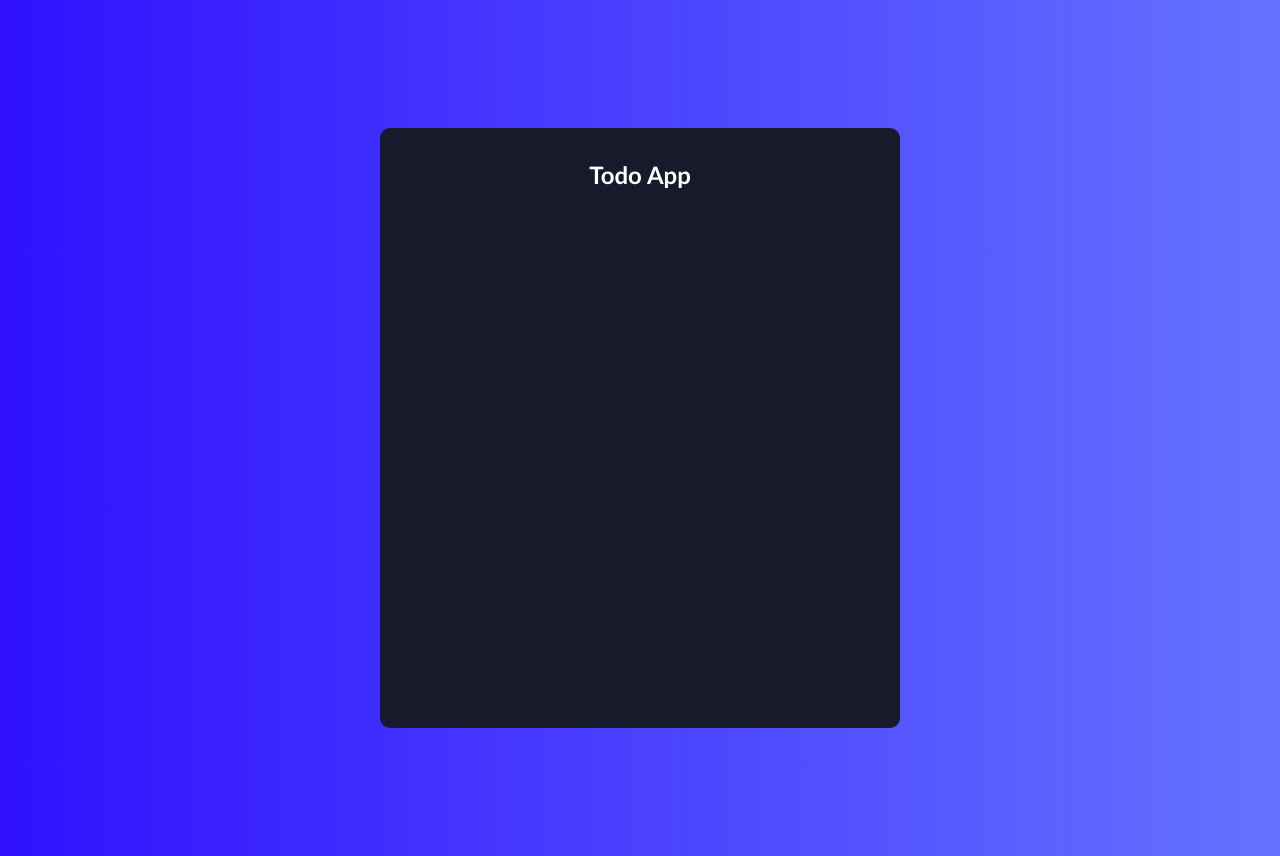
Repository: qqharry21/react-todo-app-v1
Page: /
These files come from the project's save history. The page is drawn as it stood at one moment and after the next save; the edit follows.
The browser window is 1280 px wide. The pictures show the whole page.
The project was rebuilt for these pictures with package versions that can differ from the ones it lists, and the page was loaded fresh each time. Also part of the build but not shown: src/components/TodoForm.js, src/components/Todo.js, src/components/TodoList.js.

Above is the page before, as saved 2021-12-25 17:11:16.

### src/index.js
/** @format */

import React from 'react';
import ReactDOM from 'react-dom';

import App from './App';

ReactDOM.render(
  <React.StrictMode>
    <App />
  </React.StrictMode>,
  document.getElementById('root')
);

### src/App.js
/** @format */

import './App.css';
import TodoList from './components/TodoList';

function App() {
  return (
    <div className='todo-app'>
      <h1>Todo App</h1>
      {/* <TodoList /> */}
    </div>
  );
}

export default App;

### src/App.css
/** @format */

* {
  box-sizing: border-box;
  margin: 0;
  padding: 0;
  font-family: 'Trebuchet MS', 'Lucida Sans Unicode', 'Lucida Grande', 'Lucida Sans', Arial,
    sans-serif;
}

body {
  background: linear-gradient(90deg, rgba(48, 16, 255, 1) 0%, rgba(100, 115, 255, 1) 100%);
}
.todo-app {
  display: flex;
  flex-direction: column;
  justify-content: start;
  width: 520px;
  min-height: 600px;
  background: #161a2b;
  text-align: center;
  margin: 128px auto;
  border-radius: 10px;
  padding-bottom: 32px;
}

h1 {
  margin: 32px 0;
  color: #fff;
  font-size: 24px;
}

.complete {
  text-decoration: line-through;
  opacity: 0.4;
}

.todo-form {
  margin-bottom: 32px;
}

.todo-input {
  padding: 14px 32px 14px 16px;
  border-radius: 4px 0 0 4px;
  border: 2px solid #5d0cff;
  outline: none;
  width: 320px;
  background: transparent;
  color: #fff;
}

.todo-input::placeholder {
  color: #e2e2e2;
}

.todo-button {
  padding: 16px;
  border: none;
  border-radius: 0 4px 4px 0;
  cursor: pointer;
  outline: none;
  background: linear-gradient(90deg, rgba(93, 12, 255, 1) 0%, rgba(155, 0, 250, 1) 100%);
  color: #fff;
  text-transform: capitalize;
}

.todo-input.edit {
  border: 2px solid #149fff;
}

.todo-button.edit {
  background: linear-gradient(90deg, rgba(20, 159, 255, 1) 0%, rgba(17, 122, 255, 1) 100%);
  padding: 16px 22px;
}

.todo-container {
  display: flex;
  flex-direction: row;
  position: relative;
}

.todo-row {
  display: flex;
  justify-content: space-between;
  align-items: center;
  margin: 4px auto;
  color: #fff;
  background: linear-gradient(90deg, rgba(255, 118, 20, 1) 0%, rgba(255, 84, 17, 1) 100%);

  padding: 16px;
  border-radius: 5px;
  width: 90%;
}

.todo-row:nth-child(4n + 1) {
  background: linear-gradient(90deg, rgba(93, 12, 255, 1) 0%, rgba(155, 0, 250, 1) 100%);
}

.todo-row:nth-child(4n + 2) {
  background: linear-gradient(90deg, rgba(255, 12, 241, 1) 0%, rgba(250, 0, 135, 1) 100%);
}

.todo-row:nth-child(4n + 3) {
  background: linear-gradient(90deg, rgba(20, 159, 255, 1) 0%, rgba(17, 122, 255, 1) 100%);
}

.icons {
  display: flex;
  align-items: center;
  font-size: 24px;
  cursor: pointer;
}

.delete-icon {
  margin-right: 5px;
  color: #fff;
}

.edit-icon {
  color: #fff;
}

### src/components_test/TodoForm.js
/** @format */

import React from 'react';

function TodoForm() {
  return (
    <form action='' className='todo-form'>
      <h3>Add Some Todo Today</h3>
    </form>
  );
}

export default TodoForm;

Loaded but not shown: public/index.html (common file)

After the next save:
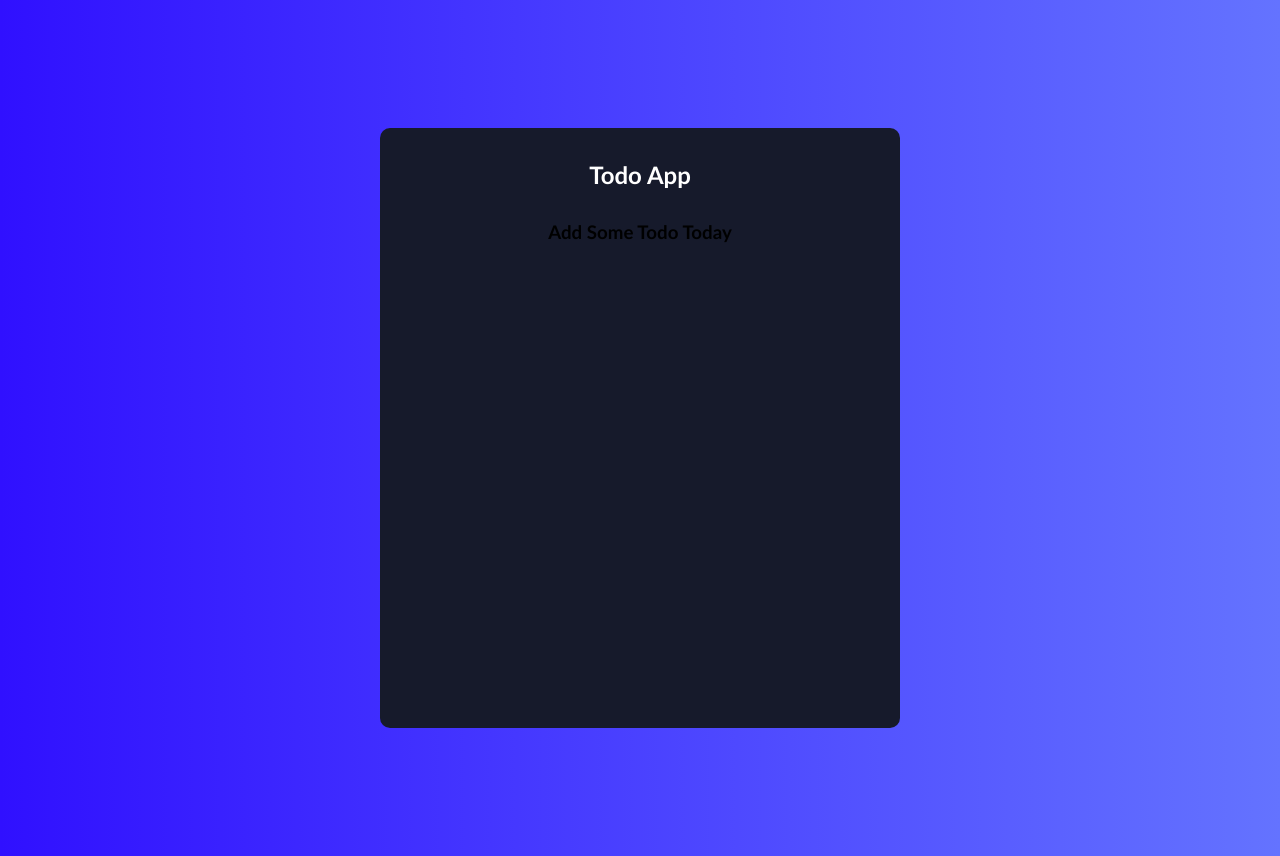
Saved 2 min 17 s later.
--- a/src/App.js
+++ b/src/App.js
@@ -3,10 +3,13 @@
 import './App.css';
 import TodoList from './components/TodoList';
 
+import TodoForm from './components_test/TodoForm';
+
 function App() {
   return (
     <div className='todo-app'>
       <h1>Todo App</h1>
+      <TodoForm />
       {/* <TodoList /> */}
     </div>
   );
